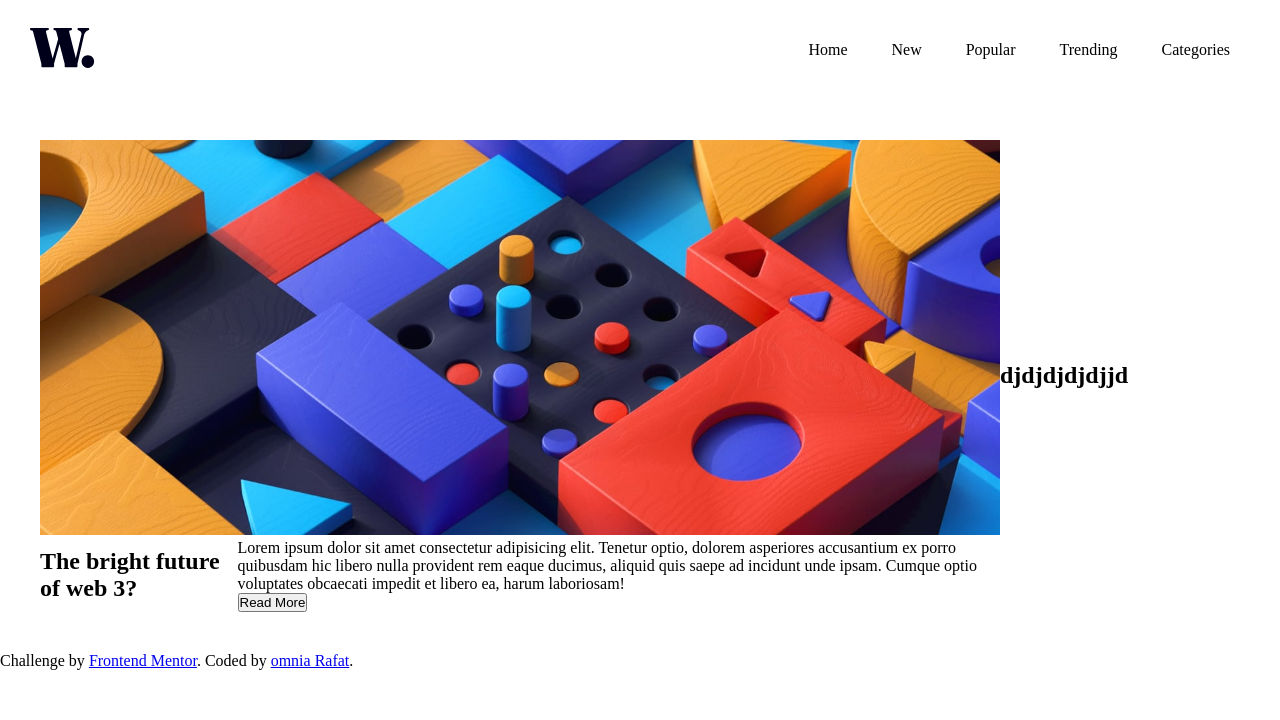
Repository: OmniaRafat232111121/HomePage
Page: index.html
An editor plug-in stored every save of this project. The page is shown before and after the next save, followed by the edit.
The browser window is 1280 px wide. The pictures show the whole page.

Above is the page before, as saved 2022-12-17 15:28:22.

After the next save:
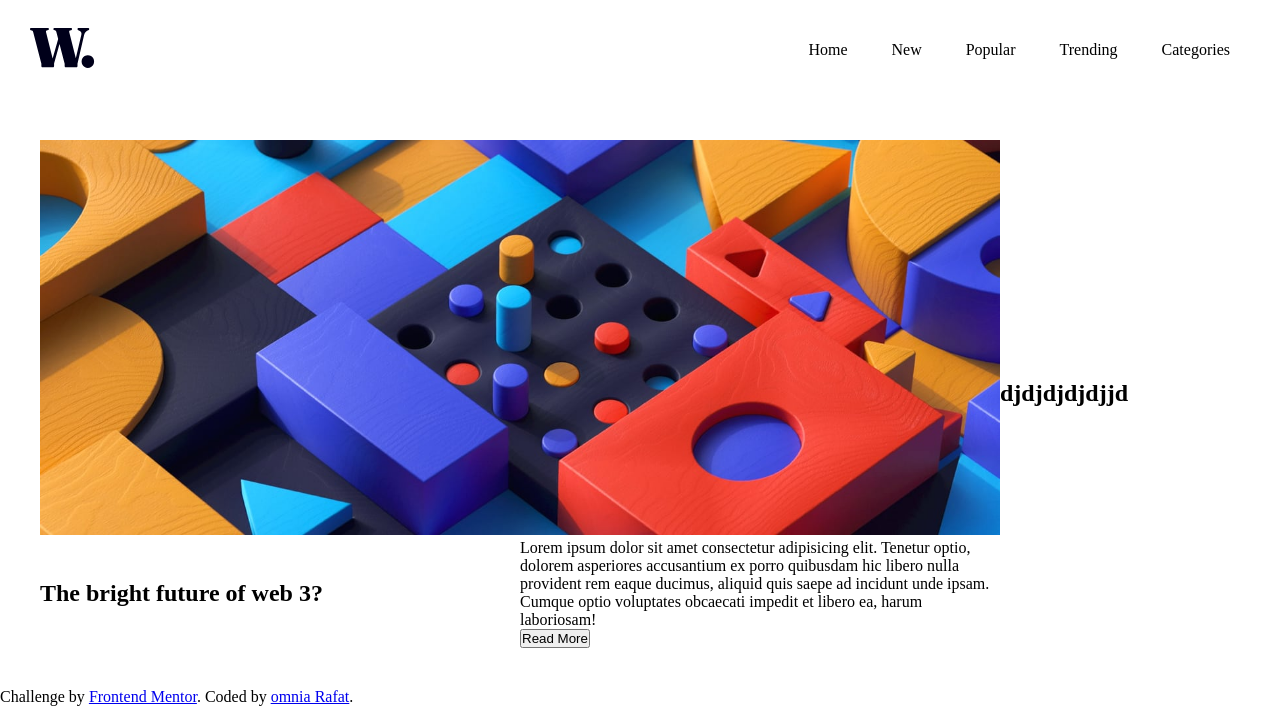
Saved 4 s later.
--- a/style.css
+++ b/style.css
@@ -43,7 +43,7 @@ ul {
     flex-basis: 50%;
 }
 .reading{
-
+    flex-basis: 50%;
 }
 .col-content{
     flex-basis: 20%;
